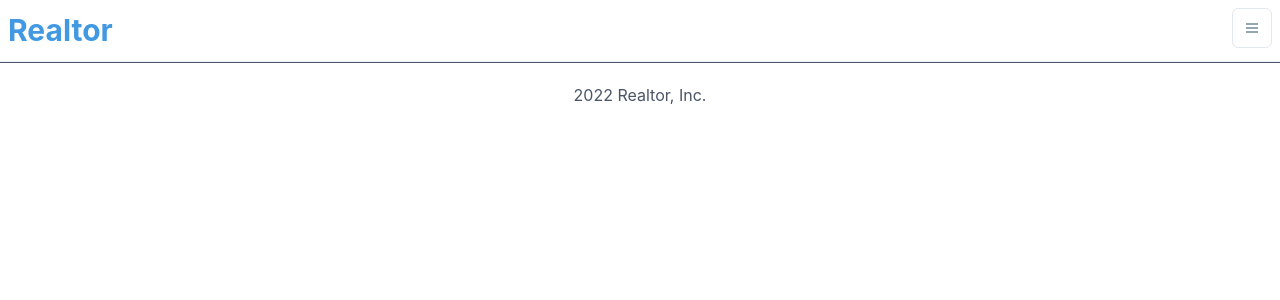
Repository: programmingwithlevi/realtor
Page: /search
These files come from the project's save history. The page is drawn as it stood at one moment and after the next save; the edit follows.
The browser window is 1280 px wide. The pictures show the whole page.
The project was rebuilt for these pictures with package versions that can differ from the ones it lists, and the page was loaded fresh each time. The framework's server and built-in components were replaced by stand-ins that run in the browser. Also part of the build but not shown: next.config.js.

Above is the page before, as saved 2022-11-30 12:55:40.

### pages/_app.js
import Router from 'next/router';
import Head from 'next/head';
import '../styles/globals.css'
import { ChakraProvider } from '@chakra-ui/react';
import Layout from "../components/Layout";

function MyApp({ Component, pageProps }) {
  return (
    <>
      <Head>

      </Head>
      <ChakraProvider>
        <Layout>
          <Component {...pageProps} />
        </Layout>
      </ChakraProvider>
    </>
    )
}

export default MyApp

### pages/search.js
import { useState } from "react";
import { useRouter } from "next/router";
import Image from "next/image";
import { Flex, Box, Text, Icon } from '@chakra-ui/react';
import { BsFilter } from 'react-icons/bs';

const Search = () => {
    const [searchFilters, setSearchFilters] = useState(false);
    const router = useRouter();

    return (
        <Box>
            <Flex
                cursor="pointer"
                bg="gray.100"
                >

            </Flex>
        </Box>
    )

}
export default Search;

### components/Layout.jsx
import Head from 'next/head';
import {Box} from '@chakra-ui/react'

import Navbar from './Navbar.jsx';
import Footer from './Footer.jsx';


const Layout = ({ children }) => (
    <>
    <Head>
        <title>Real Estate</title>
    </Head>
    <Box maxWidth="1280px" m="auto">
        <header>
            <Navbar />
        </header>
        <main>
            {children}
        </main>
        <footer>
            <Footer />
        </footer>
    </Box>
    </>
);

export default Layout;

### components/Navbar.jsx
import  Link  from "next/link";
import {
  Menu,
  MenuItem,
  MenuButton,
  MenuList,
  IconButton,
  Flex,
  Box,
  Spacer,
} from "@chakra-ui/react";
import { FcMenu, FcHome, FcAbout } from 'react-icons/fc';
import { BsSearch } from "react-icons/bs";
import { FiKey } from "react-icons/fi";

const Navbar = () => (
    <Flex p='2' borderBottom='1px' borderColor='gray.100'>
      <Box fontSize='3xl' color='blue.400' fontWeight='bold'>
        <Link href='/' paddingLeft='2'>Realtor</Link>
      </Box>
      <Spacer />
      <Box>
        <Menu>
          <MenuButton as={IconButton} icon={<FcMenu />} variant='outline' color='red.400' />
          <MenuList>
            <Link href='/' passHref>
              <MenuItem icon={<FcHome />}>Home</MenuItem>
            </Link>
            <Link href='/search' passHref>
              <MenuItem icon={<BsSearch />}>Search</MenuItem>
            </Link>
            <Link href='/search?purpose=for-sale' passHref>
              <MenuItem icon={<FcAbout />}>Buy Property</MenuItem>
            </Link>
            <Link href='/search?purpose=for-rent' passHref>
              <MenuItem icon={<FiKey />}>Rent Property</MenuItem>
            </Link>
          </MenuList>
        </Menu>
      </Box>
    </Flex>
  );
export default Navbar;

### components/Footer.jsx
import {Box} from '@chakra-ui/react';

const Footer = () => (
    <Box textAlign="center" p="5" color="gray.600" borderTop="1px" borderColor="grey.100">
        2022 Realtor, Inc.
    </Box>
)
export default Footer;

Loaded but not shown: styles/globals.css (common file)

After the next save:
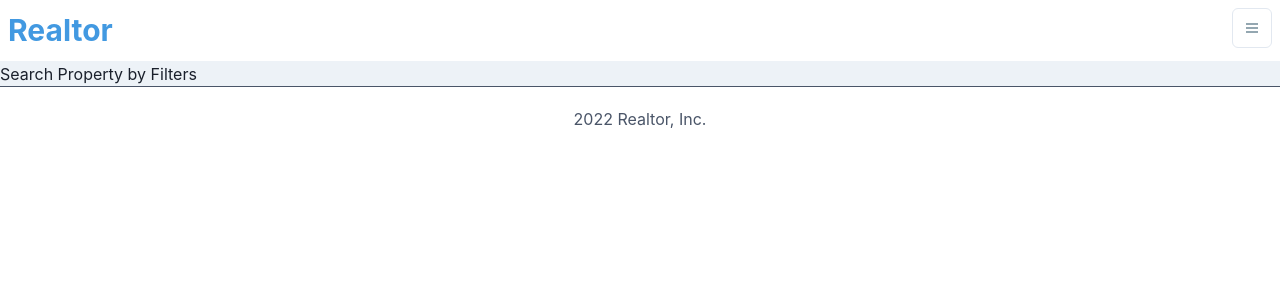
Saved 56 s later.
--- a/pages/search.js
+++ b/pages/search.js
@@ -14,6 +14,9 @@ const Search = () => {
                 cursor="pointer"
                 bg="gray.100"
                 >
+            <Text>
+                Search Property by Filters
+            </Text>
 
             </Flex>
         </Box>
